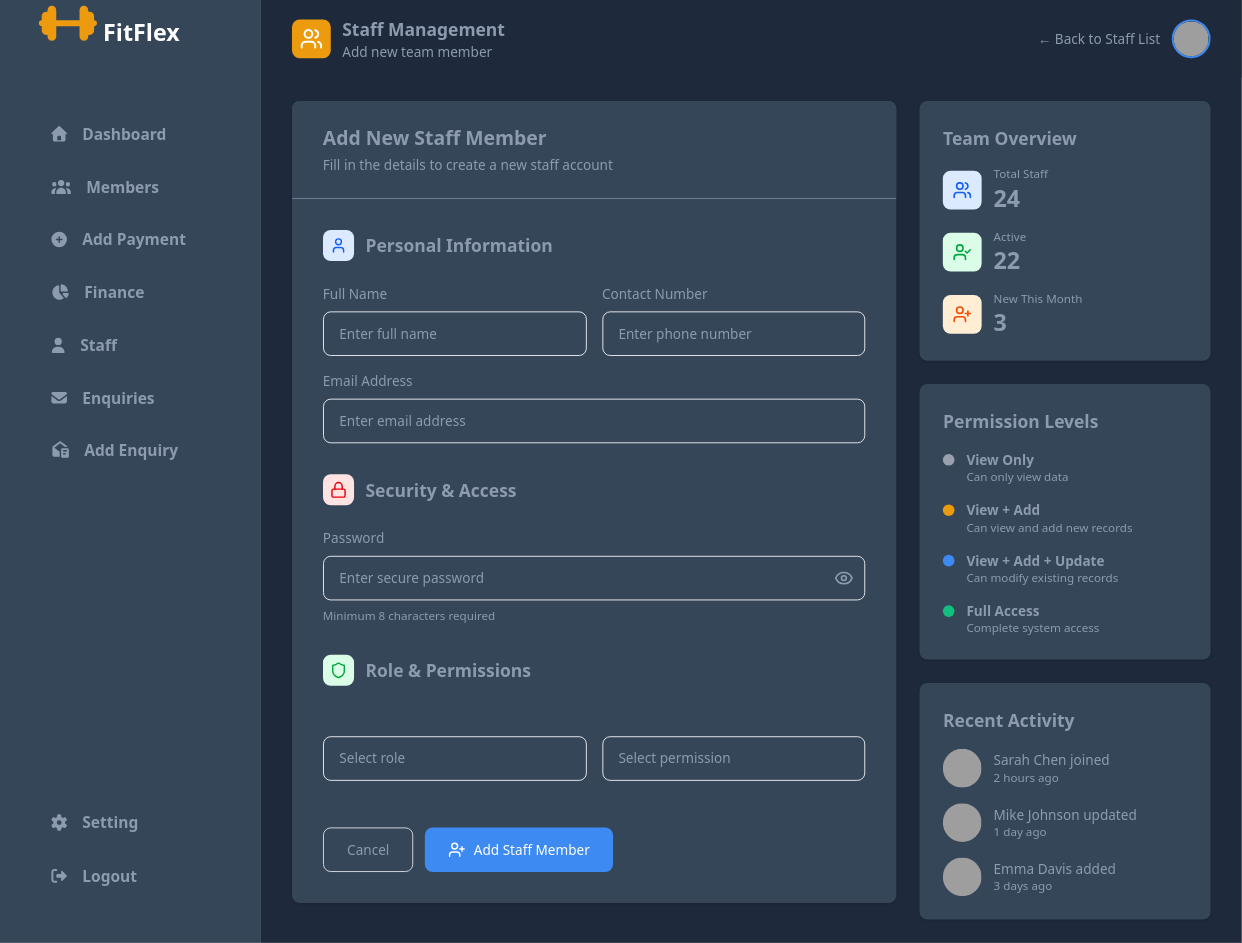
Repository: MuhammadTalhaTaj/gym_management_app_backend
Page: /addstaff (app in frontend/)
An editor plug-in stored every save of this project. The page is shown before and after a run of saves, followed by the edit.
The browser window is 1280 px wide. The pictures show the whole page, at 97% of full size.
Pictures or frames that could not be fetched are drawn as grey boxes. The project was rebuilt for these pictures with package versions that can differ from the ones it lists, and the page was loaded fresh each time. Also part of the build but not shown: frontend/vite.config.ts, frontend/src/assets/styles/AdminHeader.css, frontend/src/Components/AdminHeader.tsx, frontend/src/assets/styles/AdminDashboard.css, frontend/src/hooks/useDashboardData.ts, frontend/src/assets/styles/AdminDashboardStats.css, frontend/src/Components/AdminDashboardStats.tsx, frontend/src/Components/IncomeExpenseChart.tsx and 32 more.

Above is the page before, as saved 2025-11-21 14:43:42.

After the next 3 saves:
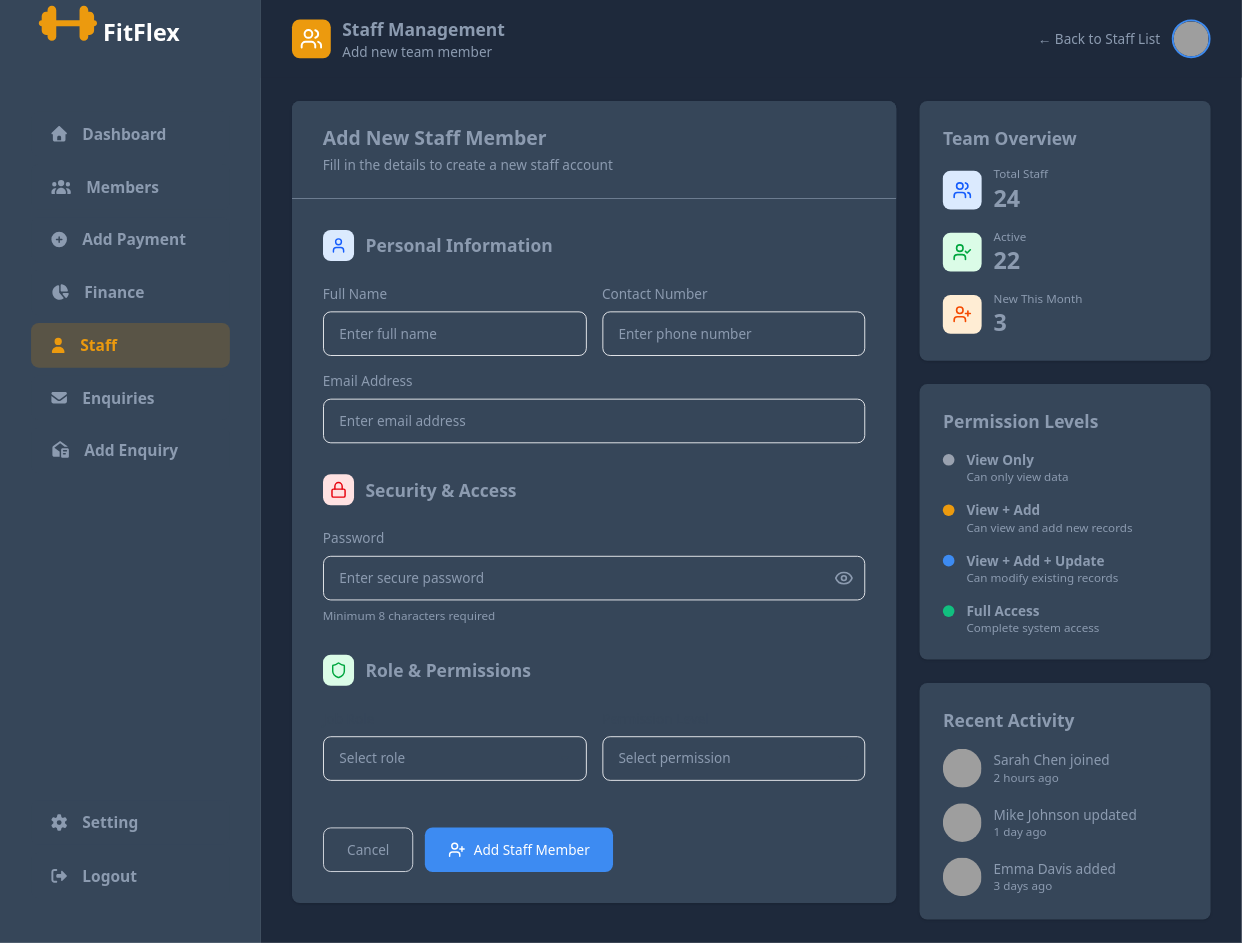
The 3 saves are shown as one change because they came seconds apart.
The last was saved 5 min 10 s later.
--- a/frontend/src/Components/AdminSidebar.tsx
+++ b/frontend/src/Components/AdminSidebar.tsx
@@ -17,7 +17,20 @@ function AdminSidebar() {
   const [loggingOut, setLoggingOut] = useState(false);
 
   // helper to check if link is active
-  const isActive = (path: string) => location.pathname === path;
+  const isActive = (path: string) => {
+    const p = location.pathname;
+
+    // treat members and addmember as the same active item
+    if (path === '/members') {
+      return p === '/members' || p === '/addmember';
+    }
+
+    // treat staff and addstaff as the same active item
+    if (path === '/staff') {
+      return p === '/staff' || p === '/addstaff';
+    }
+    return p === path;
+  };
 
   const handleLogout = async (e: React.MouseEvent) => {
     e.preventDefault();
